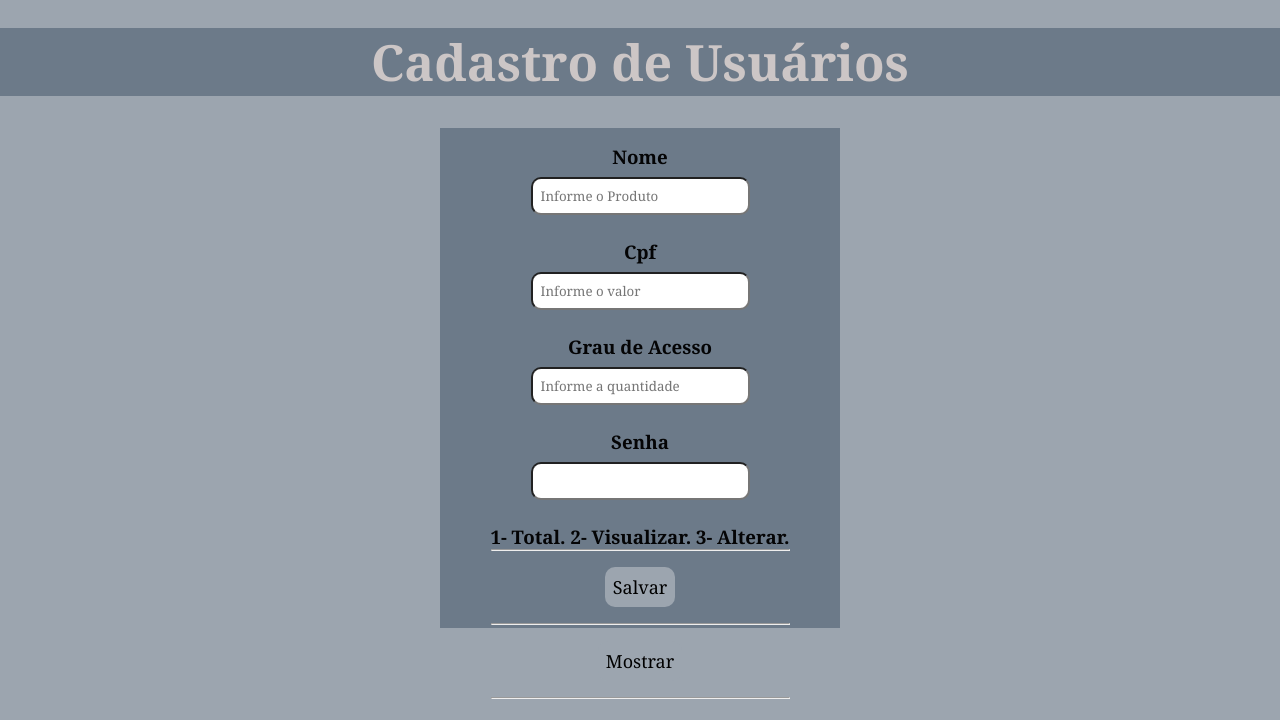
Repository: ArthurKJun/ProjetoCantinaEclipse
Page: http://localhost/arsan/cadastroUsuario.jsp
An editor plug-in stored every save of this project. The page is shown before and after the next save, followed by the edit.
The browser window is 1280 px wide. The pictures show the whole page.
The page is served by Tomcat 9.

Above is the page before, as saved 2023-11-03 21:39:29.

After the next save:
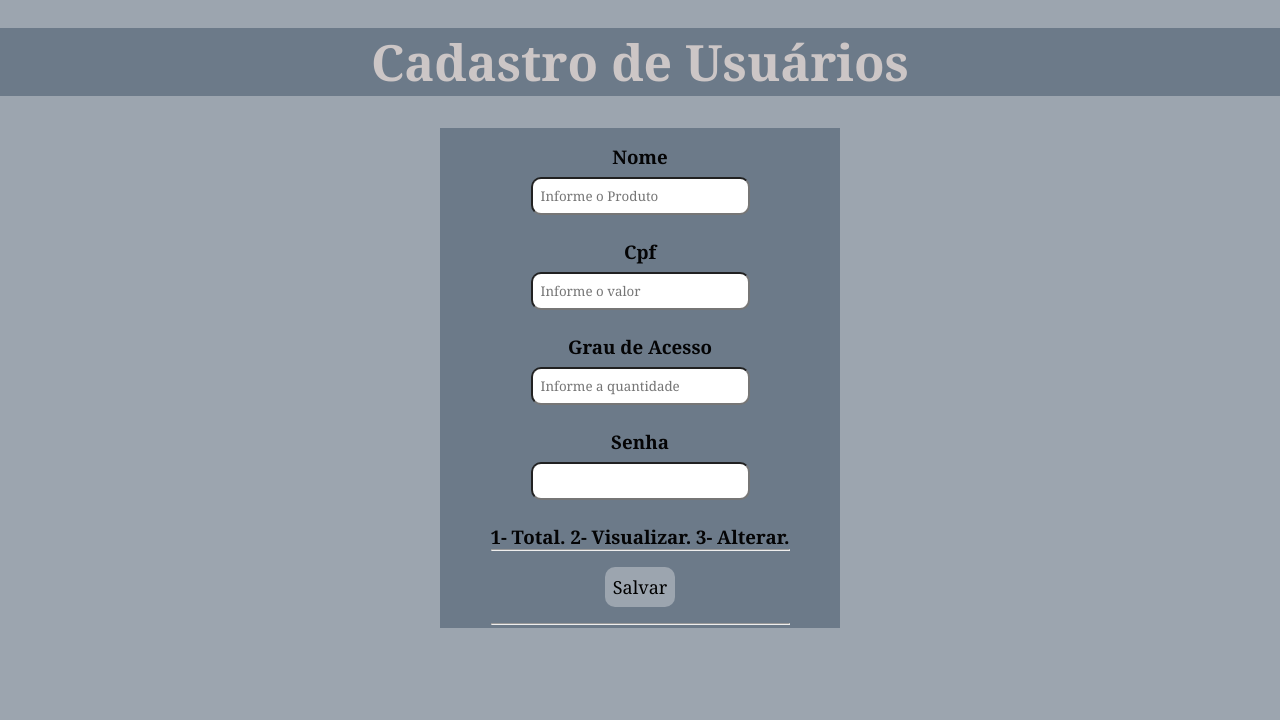
Saved 23 s later.
--- a/arsan/src/main/webapp/cadastroUsuario.jsp
+++ b/arsan/src/main/webapp/cadastroUsuario.jsp
@@ -43,13 +43,6 @@
 					<hr>
 				</form>
 
-				<input
-						style="padding: 0.5rem; margin: 1rem; font-size: large; background-color: #9ca5af; border: none; border-radius: 10px;"
-						type="button"
-						onclick="document.location.href='<%="showProduto.jsp"%>'"
-						value="Mostrar">
-
-				<hr>
 			</div>
 
 		</div>
